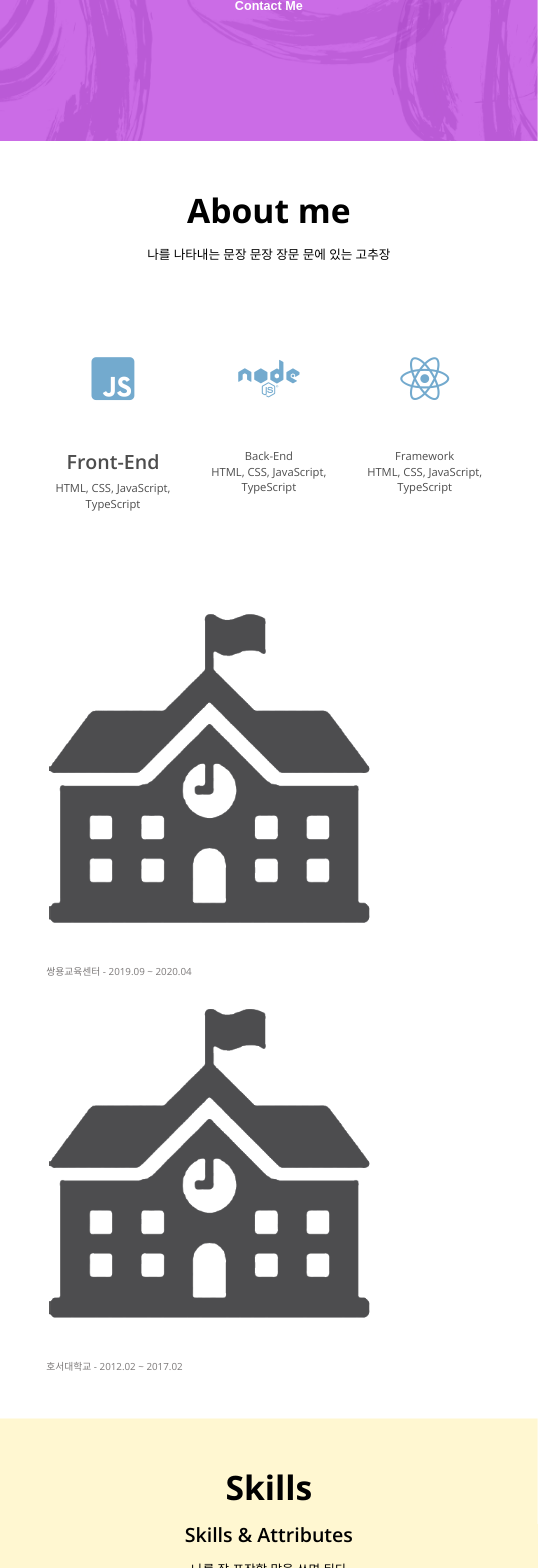
Repository: DevMinwoo-Jung/MinwooPortfolio
Page: index.html
An editor plug-in stored every save of this project. The page is shown before and after the next save, followed by the edit.
The browser window is 768 px wide. The pictures show the part of the page from y = 728 to 2968 px (the page is 6853 px tall before and 6437 px after), at 70% of full size.

Above is the page before, as saved 2021-06-07 08:09:13.

After the next save:
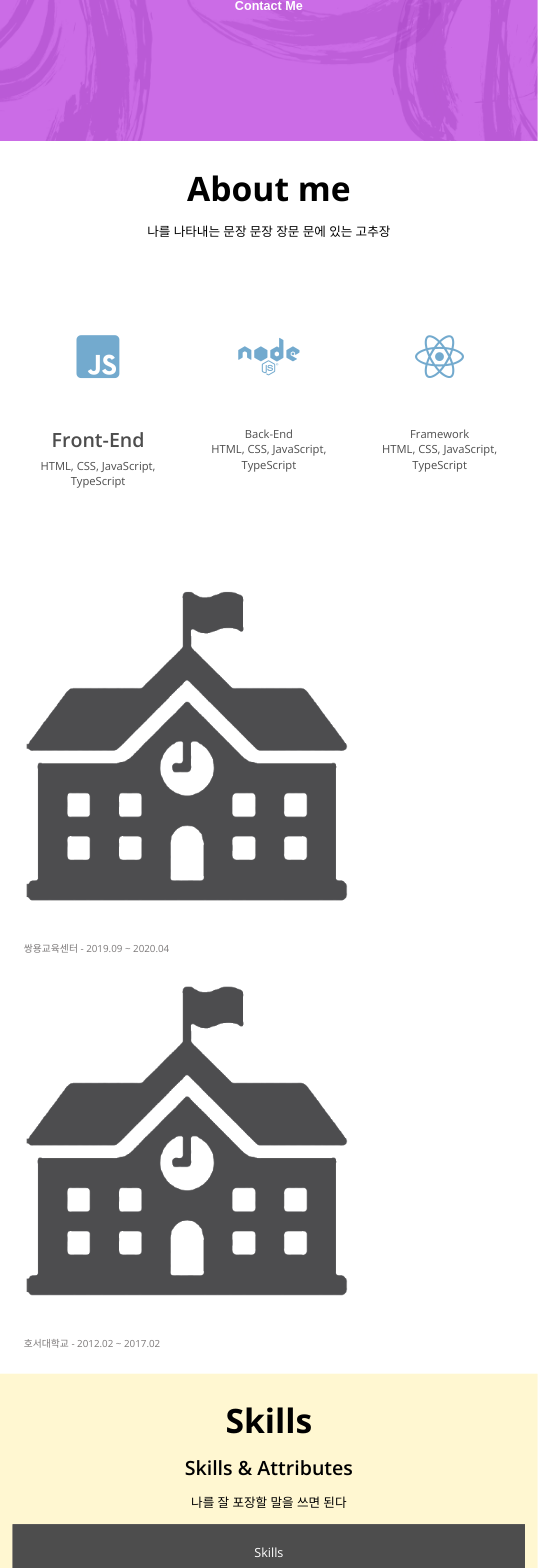
Saved 35 s later.
--- a/style.css
+++ b/style.css
@@ -571,6 +571,6 @@ button {
   }
 
   .section {
-    padding: 18;
-  }
-}
+    padding: 18px;
+  }
+}
